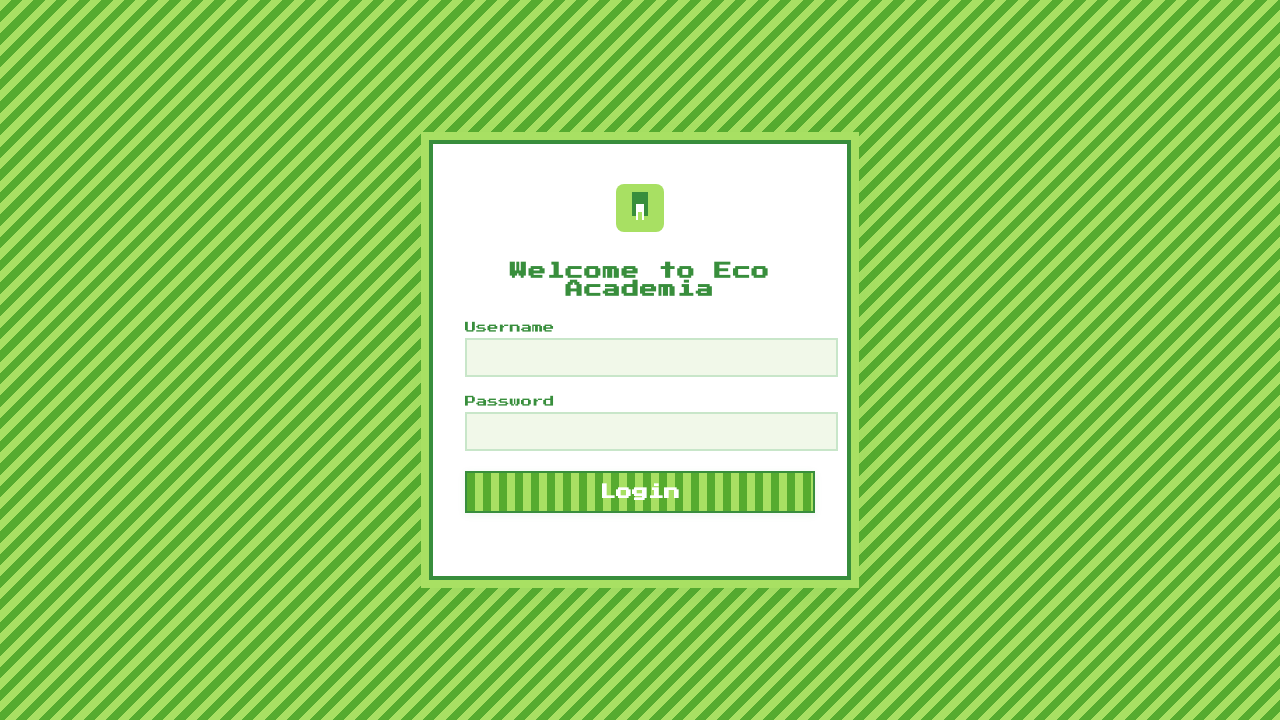
Repository: hotaruhshs/eco-academia
Page: login/index.html
An editor plug-in stored every save of this project. The page is shown before and after the next save, followed by the edit.
The browser window is 1280 px wide. The pictures show the whole page.

Above is the page before, as saved 2025-07-06 01:04:59.

### login/index.html
<!DOCTYPE html>
<html lang="en">
  <head>
    <meta charset="UTF-8" />
    <meta name="viewport" content="width=device-width, initial-scale=1.0" />
    <title>Eco Academia Login</title>
    <link rel="stylesheet" href="css/login.css" />
    <link
      href="https://fonts.googleapis.com/css2?family=Press+Start+2P&display=swap"
      rel="stylesheet"
    />
  </head>
  <body>
    <div class="login-container">
      <div class="login-card">
        <div class="login-logo">
          <img
            src="images/leaf.svg"
            alt="Eco Academia Logo"
            height="48"
            style="image-rendering: pixelated"
          />
        </div>
        <h2>Welcome to Eco Academia</h2>
        <form id="loginForm">
          <div class="input-group">
            <label for="username">Username</label>
            <input type="text" id="username" name="username" required />
          </div>
          <div class="input-group">
            <label for="password">Password</label>
            <input type="password" id="password" name="password" required />
          </div>
          <button type="submit">Login</button>
        </form>
        <div id="loginMessage"></div>
      </div>
    </div>
    <script src="js/login.js"></script>
  </body>
</html>

### login/css/login.css
/* Pixel art nature theme login page */
body {
  margin: 0;
  padding: 0;
  min-height: 100vh;
  font-family: "Press Start 2P", "Consolas", monospace;
  background: repeating-linear-gradient(
    135deg,
    #a8e063 0px,
    #a8e063 8px,
    #56ab2f 8px,
    #56ab2f 16px
  );
  display: flex;
  align-items: center;
  justify-content: center;
}

.login-container {
  width: 100vw;
  height: 100vh;
  display: flex;
  align-items: center;
  justify-content: center;
}

.login-card {
  background: #fff;
  border: 4px solid #388e3c;
  border-radius: 0;
  box-shadow: 0 0 0 8px #a8e063, 0 8px 32px rgba(56, 142, 60, 0.15);
  padding: 2.5rem 2rem 2rem 2rem;
  max-width: 350px;
  width: 100%;
  text-align: center;
  position: relative;
  image-rendering: pixelated;
}

.login-logo img {
  margin-bottom: 1rem;
  image-rendering: pixelated;
}

h2 {
  color: #388e3c;
  margin-bottom: 1.5rem;
  font-family: "Press Start 2P", "Consolas", monospace;
  font-size: 1.1rem;
  letter-spacing: 1px;
}

.input-group {
  margin-bottom: 1.2rem;
  text-align: left;
}

.input-group label {
  display: block;
  margin-bottom: 0.3rem;
  color: #388e3c;
  font-weight: 500;
  font-family: "Press Start 2P", "Consolas", monospace;
  font-size: 0.7rem;
}

.input-group input {
  width: 100%;
  padding: 0.6rem;
  border: 2.5px solid #c8e6c9;
  border-radius: 0;
  font-size: 1rem;
  background: #f1f8e9;
  font-family: "Press Start 2P", "Consolas", monospace;
  image-rendering: pixelated;
  transition: border 0.2s;
}

.input-group input:focus {
  border: 2.5px solid #388e3c;
  outline: none;
}

button[type="submit"] {
  width: 100%;
  padding: 0.7rem;
  background: repeating-linear-gradient(
    90deg,
    #56ab2f 0px,
    #56ab2f 8px,
    #a8e063 8px,
    #a8e063 16px
  );
  color: #fff;
  border: 2.5px solid #388e3c;
  border-radius: 0;
  font-size: 1rem;
  font-family: "Press Start 2P", "Consolas", monospace;
  font-weight: 600;
  cursor: pointer;
  box-shadow: 0 2px 8px rgba(56, 142, 60, 0.08);
  image-rendering: pixelated;
  transition: background 0.2s;
}

button[type="submit"]:hover {
  background: repeating-linear-gradient(
    90deg,
    #388e3c 0px,
    #388e3c 8px,
    #a8e063 8px,
    #a8e063 16px
  );
}

#loginMessage {
  margin-top: 1rem;
  color: #d32f2f;
  min-height: 1.2em;
  font-family: "Press Start 2P", "Consolas", monospace;
  font-size: 0.8rem;
}

@media (max-width: 500px) {
  .login-card {
    padding: 1.5rem 0.7rem 1.2rem 0.7rem;
    max-width: 95vw;
  }
}

@import url("https://fonts.googleapis.com/css2?family=Press+Start+2P&display=swap");

### login/images/leaf.svg
<svg width="48" height="48" viewBox="0 0 48 48" fill="none" xmlns="http://www.w3.org/2000/svg">
  <rect width="48" height="48" rx="8" fill="#a8e063"/>
  <rect x="16" y="8" width="16" height="24" fill="#388e3c"/>
  <rect x="20" y="20" width="8" height="16" fill="#fff"/>
  <rect x="22" y="28" width="4" height="8" fill="#a8e063"/>
</svg>

### login/js/login.js
// Simulate login for static prototype
const loginForm = document.getElementById('loginForm');
const loginMessage = document.getElementById('loginMessage');

loginForm.addEventListener('submit', function(e) {
    e.preventDefault();
    const username = document.getElementById('username').value.trim();
    const password = document.getElementById('password').value.trim();

    // Simulate login: accept any non-empty username/password
    if (username && password) {
        loginMessage.style.color = '#388e3c';
        loginMessage.textContent = 'Login successful! Redirecting...';
        setTimeout(() => {
            window.location.href = '../dashboard/index.html'; // Placeholder redirect
        }, 1200);
    } else {
        loginMessage.style.color = '#d32f2f';
        loginMessage.textContent = 'Please enter both username and password.';
    }
});

After the next save:
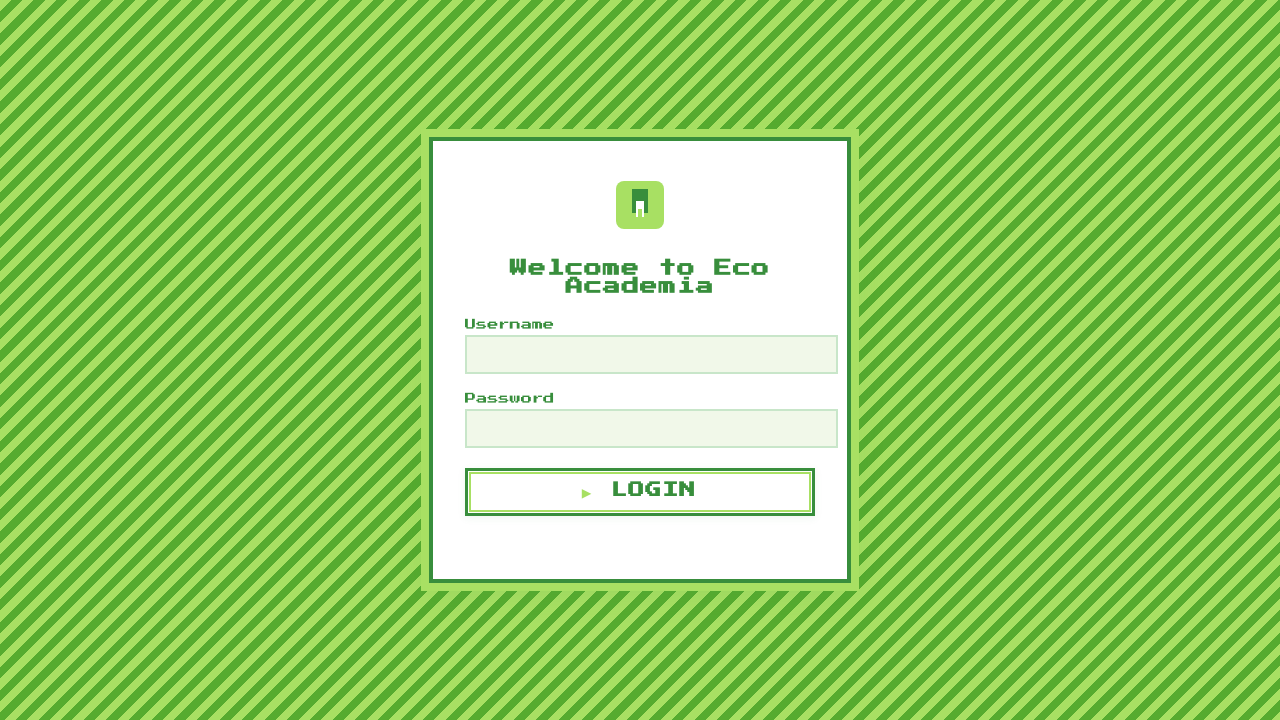
Saved 31 s later.
--- a/login/css/login.css
+++ b/login/css/login.css
@@ -84,15 +84,9 @@
 button[type="submit"] {
   width: 100%;
   padding: 0.7rem;
-  background: repeating-linear-gradient(
-    90deg,
-    #56ab2f 0px,
-    #56ab2f 8px,
-    #a8e063 8px,
-    #a8e063 16px
-  );
-  color: #fff;
-  border: 2.5px solid #388e3c;
+  background: #fff;
+  color: #388e3c;
+  border: 3px solid #388e3c;
   border-radius: 0;
   font-size: 1rem;
   font-family: "Press Start 2P", "Consolas", monospace;
@@ -100,17 +94,28 @@
   cursor: pointer;
   box-shadow: 0 2px 8px rgba(56, 142, 60, 0.08);
   image-rendering: pixelated;
-  transition: background 0.2s;
+  transition: background 0.2s, color 0.2s;
+  position: relative;
+  letter-spacing: 1px;
+  text-transform: uppercase;
+  outline: 2px solid #a8e063;
+  outline-offset: -6px;
 }
 
 button[type="submit"]:hover {
-  background: repeating-linear-gradient(
-    90deg,
-    #388e3c 0px,
-    #388e3c 8px,
-    #a8e063 8px,
-    #a8e063 16px
-  );
+  background: #388e3c;
+  color: #fff;
+  border-color: #a8e063;
+  outline: 2px solid #388e3c;
+}
+
+button[type="submit"]::before {
+  content: "▶ ";
+  color: #a8e063;
+  font-size: 1rem;
+  position: relative;
+  left: -2px;
+  top: 0;
 }
 
 #loginMessage {
